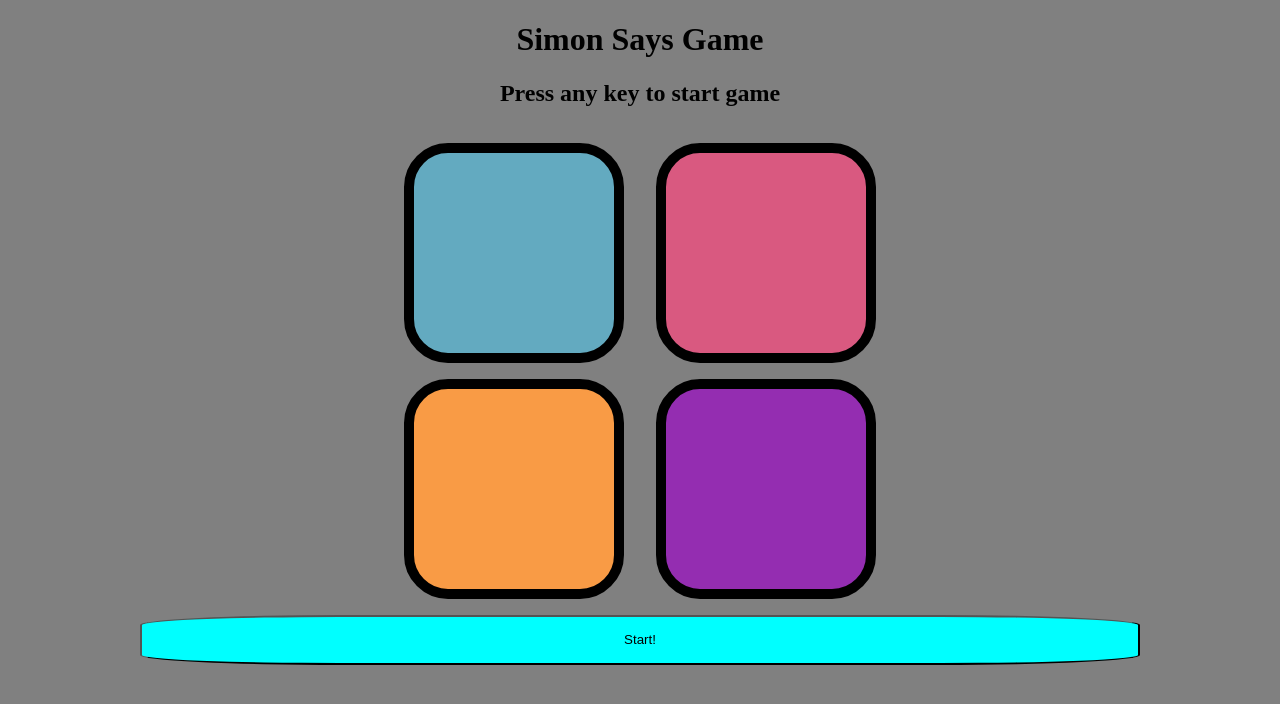
Repository: Ruchii02/javascript-mini-project
Page: index.html
An editor plug-in stored every save of this project. The page is shown before and after the next save, followed by the edit.
The browser window is 1280 px wide. The pictures show the whole page.

Above is the page before, as saved 2024-07-02 11:45:13.

### index.html
<!DOCTYPE html>
<html lang="en">
<head>
    <meta charset="UTF-8">
    <meta name="viewport" content="width=device-width, initial-scale=1.0">
    <title>Document</title>
    <link rel="stylesheet" href="style.css">
</head>
<body>
   <h1>Simon Says Game</h1>
   <h2>Press any key to start game</h2>
   <div class="btn-container">
    <div class="fline">
        <div class="btn green" type="button" id="green"></div>
        <div class="btn yellow" type="button" id="yellow"></div>
    </div>
    <div class="sline">
        <div class="btn red" type="button" id="red"></div>
        <div class="btn blue" type="button" id="blue"></div>
    </div>
   </div>
   <button class="sbtn">Start!</button>
   <script src="app.js"></script>
</body>
</html>

### style.css
body{
    text-align: center;
    background-color:gray;
}
.btn{
    height: 200px;
    width: 200px;
    border-radius: 20%;
    border: 10px solid black;
    margin: 1rem;

}
.sbtn{
    height: 50px;
    width: 1000px;
    border-radius:20%;
    background-color: aqua;
}
.btn-container{
    display: flex;
    justify-content: center;

}
.yellow{
    background-color:#f99b45;
}
.red{
    background-color:#d95980;
}
.green{
    background-color:#63aac0;
}
.blue{
    background-color:#942db1;
}
.flash{
    background-color: white;
}
.userFlash{
    background-color: rgb(107, 209, 107);
}

### app.js
let gameSeq=[];
let userSeq=[];
 let start = false;
 let level=0;
let btns =["yellow","green","red" , "blue"];
let h2= document.querySelector("h2");

 document.addEventListener("keypress" , function(){
   if(start==false){
    console.log("game started");
    start = true;

     levelup();
   }
 });

 function btnFlash(btn){
    btn.classList.add("flash");
    //let f = document.querySelector(".flash");
    //f.background-color(white);
    setTimeout(function() {
      btn.classList.remove("flash");

    } , 250);
 }
 function userFlash(btn){
  btn.classList.add("userFlash");
  setTimeout(function() {
    btn.classList.remove("userFlash");

  } , 250);
}

 function levelup(){
  userSeq = [];
    level++;
    h2.innerText=`Level ${level}`;
     let ranInd = Math.floor(Math.random()*3);
     let ranCol= btns[ranInd];
     let ranBtn = document.querySelector(`.${ranCol}`);
     gameSeq.push(ranCol);
     btnFlash(ranBtn);
    }

    function checkAns( idx ){
      if(userSeq[idx] === gameSeq[idx]){
       if(userSeq.length == gameSeq.length){
       setTimeout(levelup,1000);
       }
      }else{
        h2.innerText   = `Game Over!<br> Your score was :<b> ${level}</b> <br>Press any key to start`;
        document.querySelector("body").style.backgroundColor = "red";
        setTimeout(function(){
          document.querySelector("body").style.backgroundColor = "gray";
        } , 150)
        reset()
      }


    }

    function btnPress (){
      let btn = this;
      userFlash(btn);
      //console.log("btn was pressed");

      userColor = btn.getAttribute("id");
      userSeq.push(userColor);

      checkAns(userSeq.length-1);

    }

    let allBtns = document.querySelectorAll(".btn");
    for(btn of allBtns){
      btn.addEventListener("click" , btnPress);
    }

    function reset(){
      start = false ;
      gameSeq = [];
      userSeq = [];
      level = 0;
    }

After the next save:
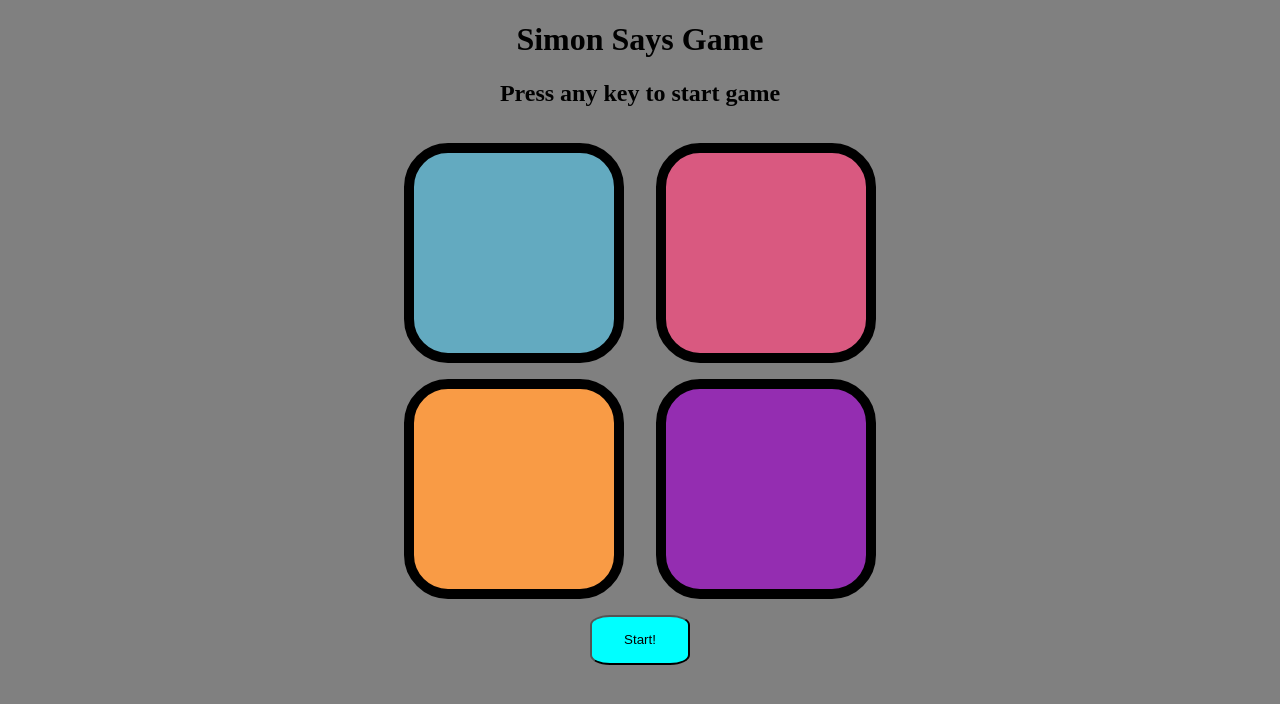
Saved 11 s later.
--- a/style.css
+++ b/style.css
@@ -12,7 +12,7 @@ body{
 }
 .sbtn{
     height: 50px;
-    width: 1000px;
+    width: 100px;
     border-radius:20%;
     background-color: aqua;
 }
